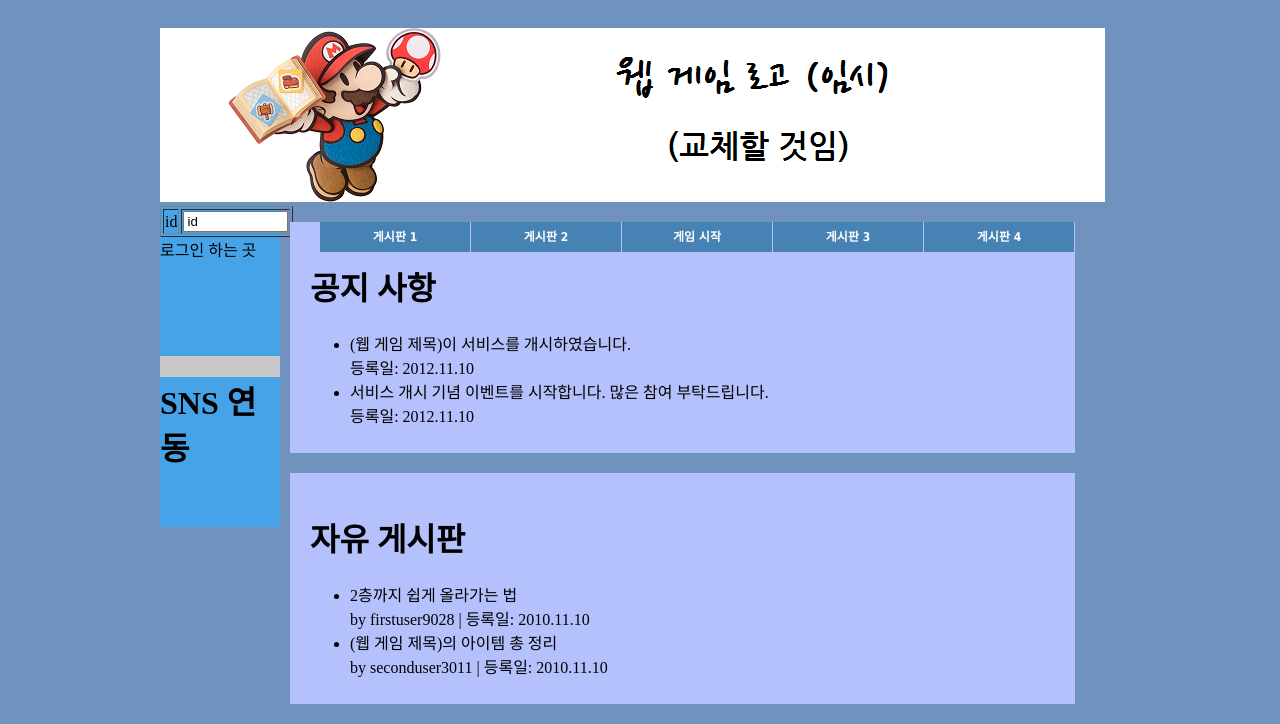
Repository: gunhe123/web_programing_project_Team_4
Page: web_game/WebContent/index.html
An editor plug-in stored every save of this project. The page is shown before and after the next save, followed by the edit.
The browser window is 1280 px wide. The pictures show the whole page.

Above is the page before, as saved 2012-11-10 16:44:33.

After the next save:
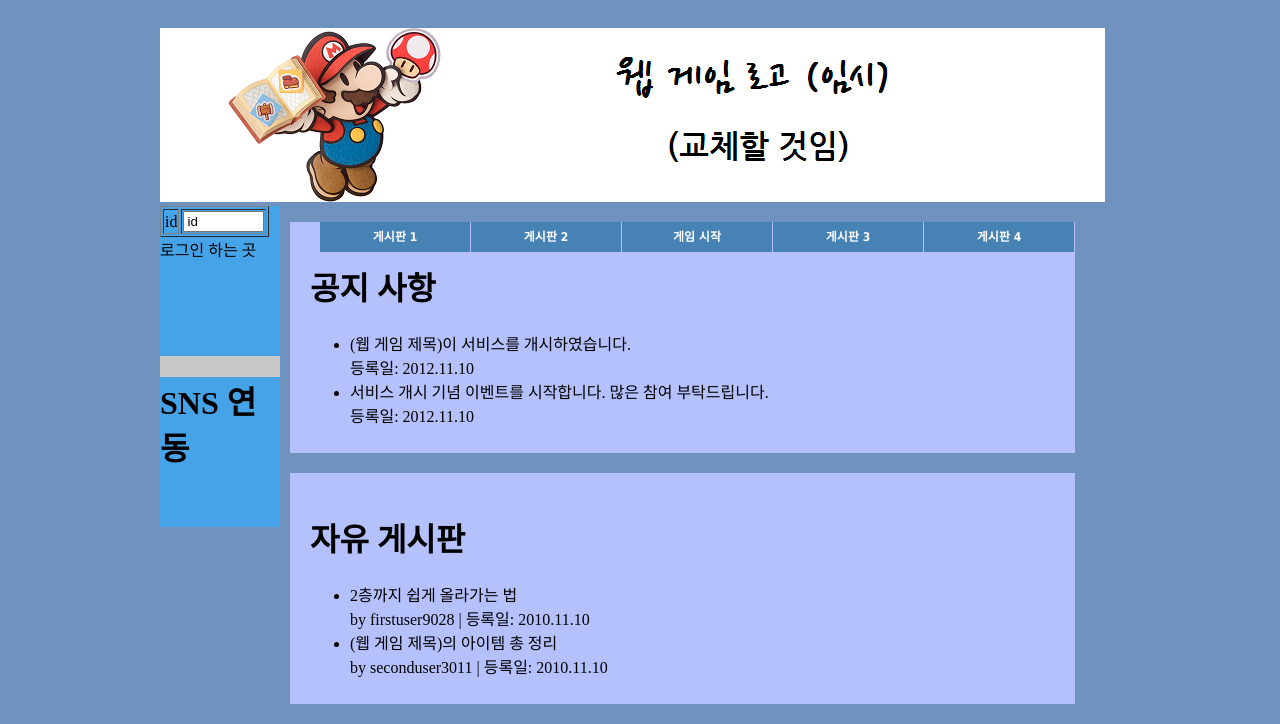
Saved 13 s later.
--- a/web_game/WebContent/index.html
+++ b/web_game/WebContent/index.html
@@ -19,7 +19,7 @@
 				id
 				</td>
 				<td>
-				<input type="text" value="id" size="10">
+				<input type="text" value="id" size="7">
 				</td>
 				</tr>
 			</table>
